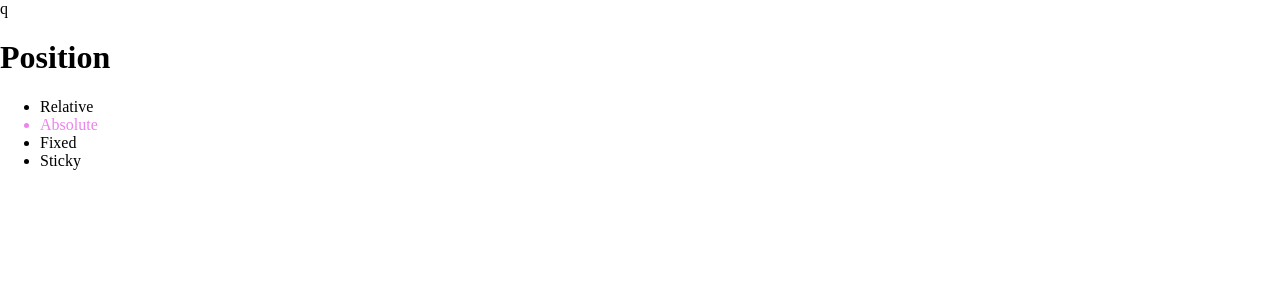
Repository: critdang/electro_store
Page: javascript_project/HTML &CSS practice/index.html
The author's editor kept a copy of each file at every save. The page is drawn from the files as they stood at one save, then again after the next save.
The browser window is 1280 px wide. The pictures show the whole page.

Above is the page before, as saved 2021-10-03 21:53:14.

### javascript_project/HTML &CSS practice/index.html
<!DOCTYPE html>
<html lang="en">
    <head>
        <meta charset="UTF-8">
        <meta http-equiv="X-UA-Compatible" content="IE=edge">
        <meta name="viewport" content="width=device-width, initial-scale=1.0">
        <title>Document</title>
        <style>
            html,body{
                margin:0
            }

            li:nth-of-type(2){
                color: violet;
            }
            .header{
                width: 100%;
                height: 42px;
                background-color: #333;
            }
        </style>
    </head>
    <body>
        <div class="box">
            <div class="box-child">q</div>
        </div>
        <h1>Position</h1>
        <ul>
            <li>Relative</li>
            <!-- Phụ thuộc thẻ cha gần nhất có thuộc tính position -->
            <li>Absolute</li>
            <li>Fixed</li>
            <li>Sticky</li>
        </ul>

        </div>
    </body>
</html>

After the next save:
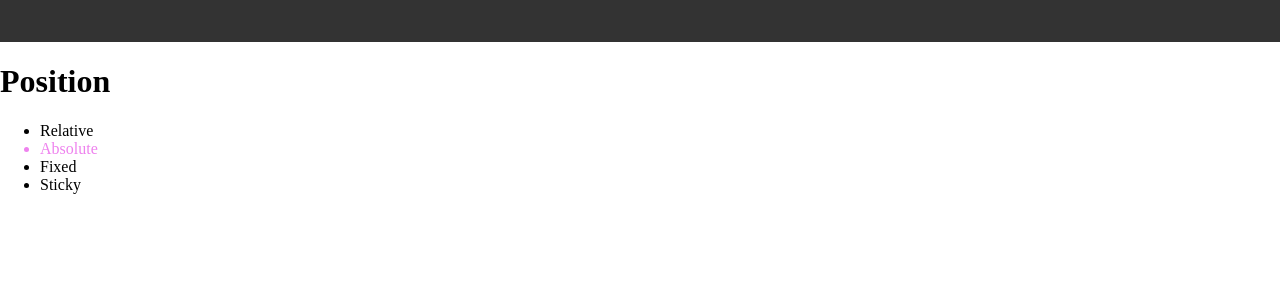
Saved 12 s later.
--- a/javascript_project/HTML &CSS practice/index.html
+++ b/javascript_project/HTML &CSS practice/index.html
@@ -21,8 +21,8 @@
         </style>
     </head>
     <body>
-        <div class="box">
-            <div class="box-child">q</div>
+        <div class="header">
+
         </div>
         <h1>Position</h1>
         <ul>
